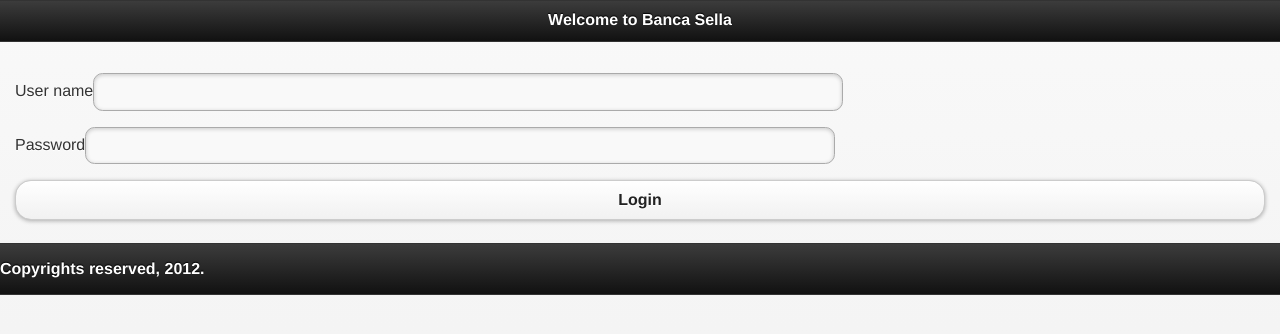
Repository: ravinforu/HTML5_CSS3_JS_Frameworks_Jul_2012-1
Page: Day03/WebContent/lab09.html
An editor plug-in stored every save of this project. The page is shown before and after the next save, followed by the edit.
The browser window is 1280 px wide. The pictures show the whole page.

Above is the page before, as saved 2012-07-27 09:45:12.

After the next save:
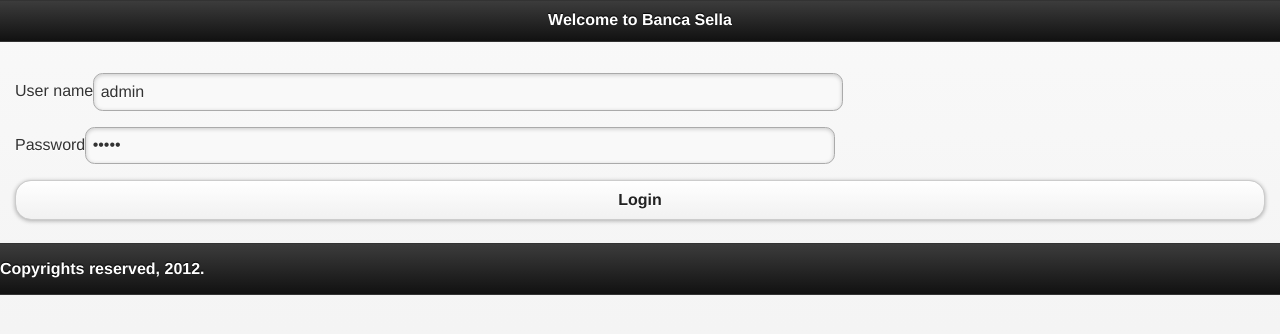
Saved 27 s later.
--- a/Day03/WebContent/lab09.html
+++ b/Day03/WebContent/lab09.html
@@ -81,10 +81,10 @@
 		</div>
 		<div data-role="content">
 			<div data-role="fieldcontain">
-				<label>User name</label> <input type="text" id="userNameText">
+				<label>User name</label> <input type="text" id="userNameText" value="admin">
 			</div>
 			<div data-role="fieldcontain">
-				<label>Password</label> <input type="password" id="passwordText">
+				<label>Password</label> <input type="password" id="passwordText" value="admin">
 			</div>
 			<div data-role="button" id="loginBtn">Login</div>
 		</div>
@@ -105,14 +105,5 @@
 			<p>Copyrights reserved, 2012.</p>
 		</div>
 	</div>
-	<div data-role="page" id="citiesScreen">
-		<div data-role="header">
-			<h1>Countries</h1>
-		</div>
-		<div data-role="content"></div>
-		<div data-role="footer">
-			<p>Copyrights reserved, 2012.</p>
-		</div>
-	</div>
 </body>
 </html>
